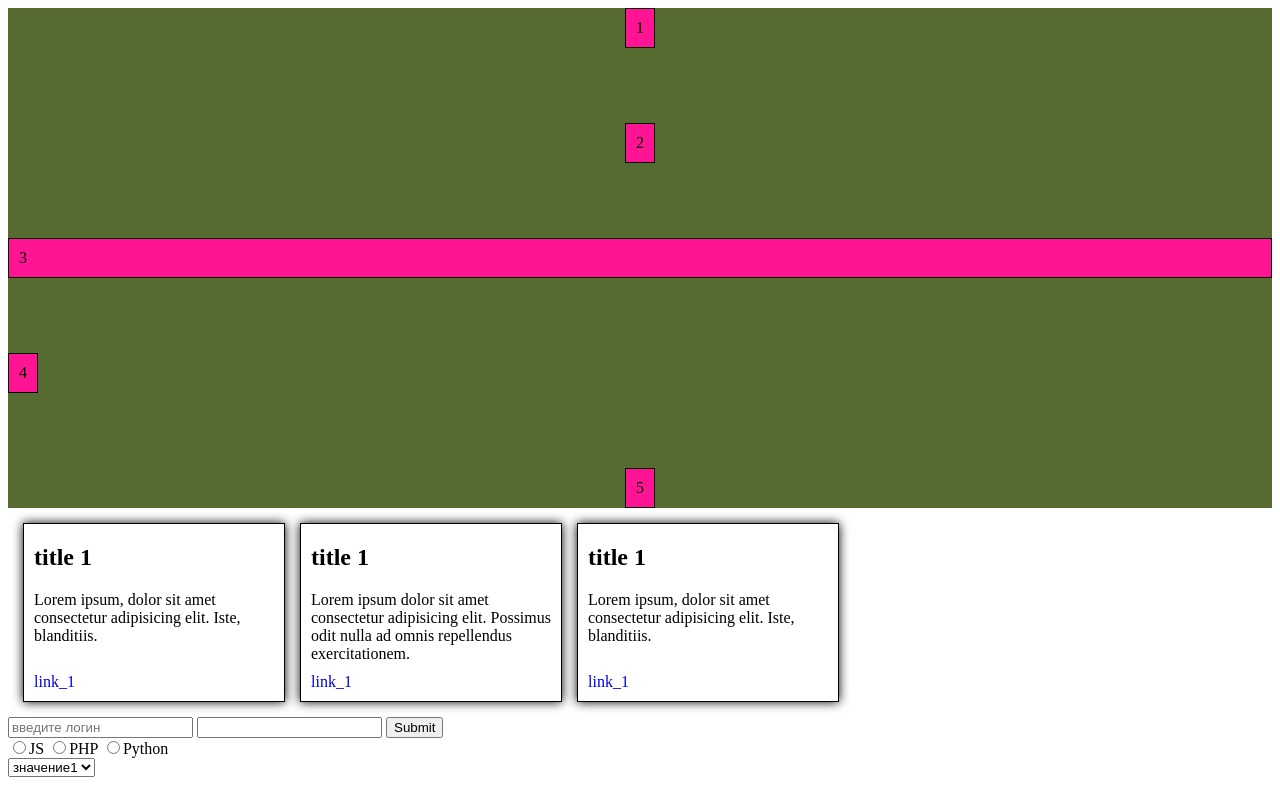
Repository: RustamNazarov98/demo
Page: index.html
An editor plug-in stored every save of this project. The page is shown before and after the next save, followed by the edit.
The browser window is 1280 px wide. The pictures show the whole page.

Above is the page before, as saved 2022-04-07 23:29:37.

### index.html
<!DOCTYPE html>
<html lang="en">
<head>
    <meta charset="UTF-8">
    <meta http-equiv="X-UA-Compatible" content="IE=edge">
    <meta name="viewport" content="width=device-width, initial-scale=1.0">
    <link rel="stylesheet" href="./style.css">
    <title>Document</title>
</head>
<body>
    <!-- flexbox -->
    <div class="flexbox">
        <div>1</div>
        <div>2</div>
        <div>3</div>
        <div>4</div>
        <div>5</div>
    </div>


    <!-- cards -->
    <div class="cards">
        <div class="card">
            <h2>title 1</h2>
            <div>Lorem ipsum, dolor sit amet consectetur adipisicing elit. Iste, blanditiis.</div>
            <a href="#">link_1</a>
        </div>
        <div class="card">
            <h2>title 1</h2>
            <div>Lorem ipsum dolor sit amet consectetur adipisicing elit. Possimus odit nulla ad omnis repellendus exercitationem.</div>
            <a href="#">link_1</a>
        </div>
        <div class="card">
            <h2>title 1</h2>
            <div>Lorem ipsum, dolor sit amet consectetur adipisicing elit. Iste, blanditiis.</div>
            <a href="#">link_1</a>
        </div>
    </div>

    <!-- forms -->
    <form action="sent.html" method="post" >
        <input type="text" placeholder="введите логин">
        <input type="password">
        <input type="submit" placeholder="отправить">
    </form>

    <label for="js"><input id="js" type="radio" name="option" value="js">JS</label>
    <label for="php"><input id="php" type="radio" name="option" value="php">PHP</label>
    <label for="python"><input id="python" type="radio" name="option" value="python">Python</label><br>
    <!-- если инпут обернуть в label и через атрибут for обратится по id input-a то при клике на
         сам текст будет выделяться тот инпут который нужен,
    а если без label то придется наводить мышь на сам кружечек а текст не будет реагировать -->

    <select name="select" >
        <option value="value1">значение1</option>
        <option value="value2">значение2</option>
        <option value="value3">значение3</option>
    </select>
</body>
</html>

### style.css
/* flexbox */

.flexbox{
    display: flex;
    flex-direction: column;
    justify-content: space-between;
    align-items:center;
    background-color: darkolivegreen;
    height: 500px;
}
.flexbox > div {
    border: 1px solid black;
    padding: 10px;
    background-color: deeppink;
}
.flexbox > div:nth-child(3) {
    align-self: stretch;
}

.flexbox > div:nth-child(4) {
    align-self: flex-start;
}


/* cards */

.cards {
    display: flex;
    justify-content: flex-start;
    margin: 15px;
}
.card {
    display: flex;
    flex-direction: column;
    width: 250px;
    border: 1px solid black;
    box-shadow: 0 0 10px 0 black;
    padding: 0 0 10px 10px;
    margin-right: 15px;
}
.card > div {
    padding-bottom: 10px;
    flex-grow: 1;
}
.card > a {
    text-decoration: none;
}

After the next save:
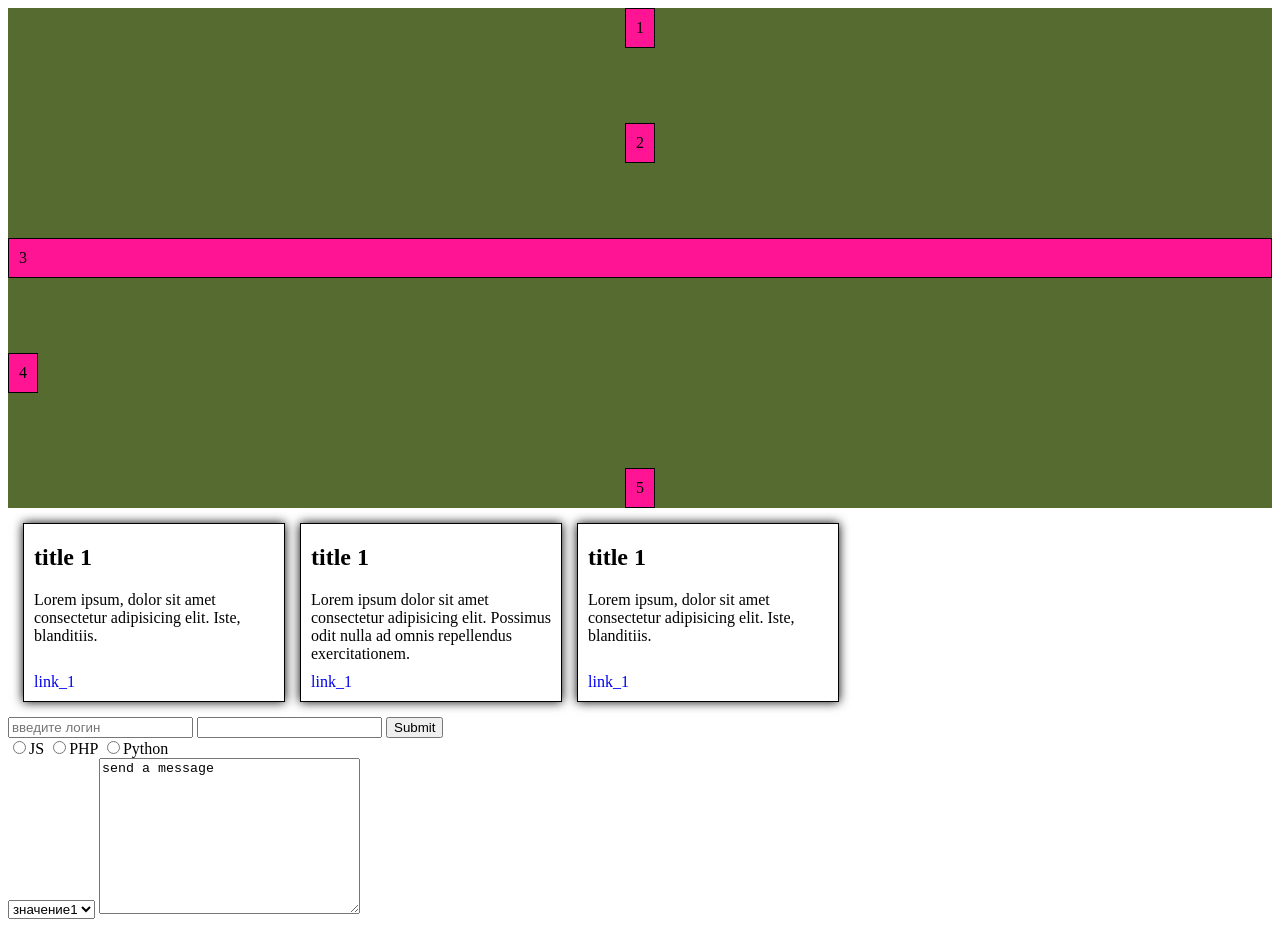
Saved 2 min 58 s later.
--- a/index.html
+++ b/index.html
@@ -56,5 +56,6 @@
         <option value="value2">значение2</option>
         <option value="value3">значение3</option>
     </select>
+    <textarea name="text" id="" cols="30" rows="10">send a message</textarea>
 </body>
 </html>
